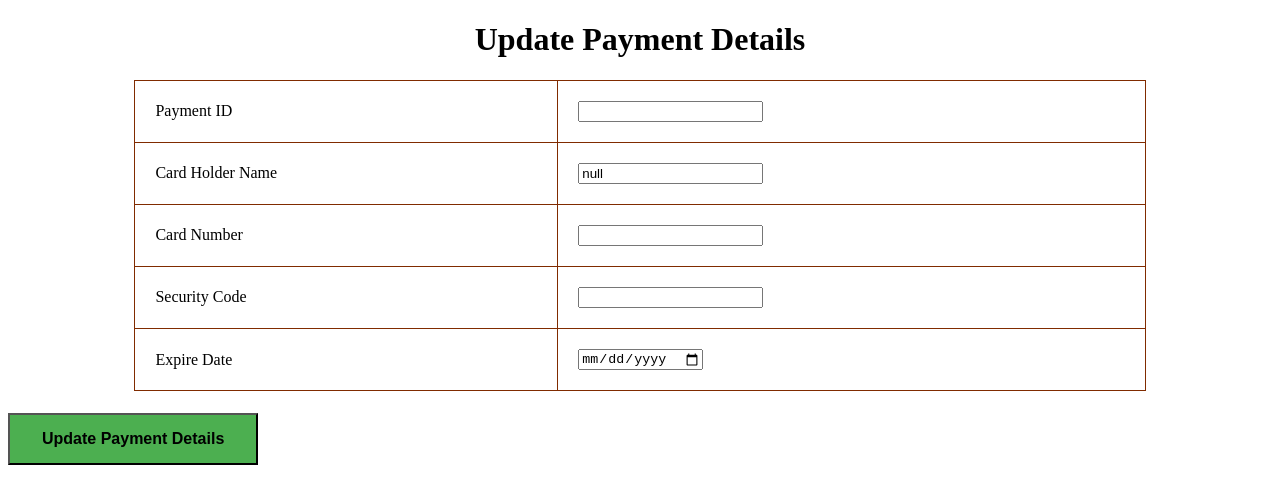
Repository: sandeepa9803/OOP---Online-Travel-web-application
Page: http://localhost/PaymentNew/updatepayment.jsp
An editor plug-in stored every save of this project. The page is shown before and after the next save, followed by the edit.
The browser window is 1280 px wide. The pictures show the whole page.
The page is served by Tomcat 9.

Above is the page before, as saved 2021-10-11 16:59:07.

After the next save:
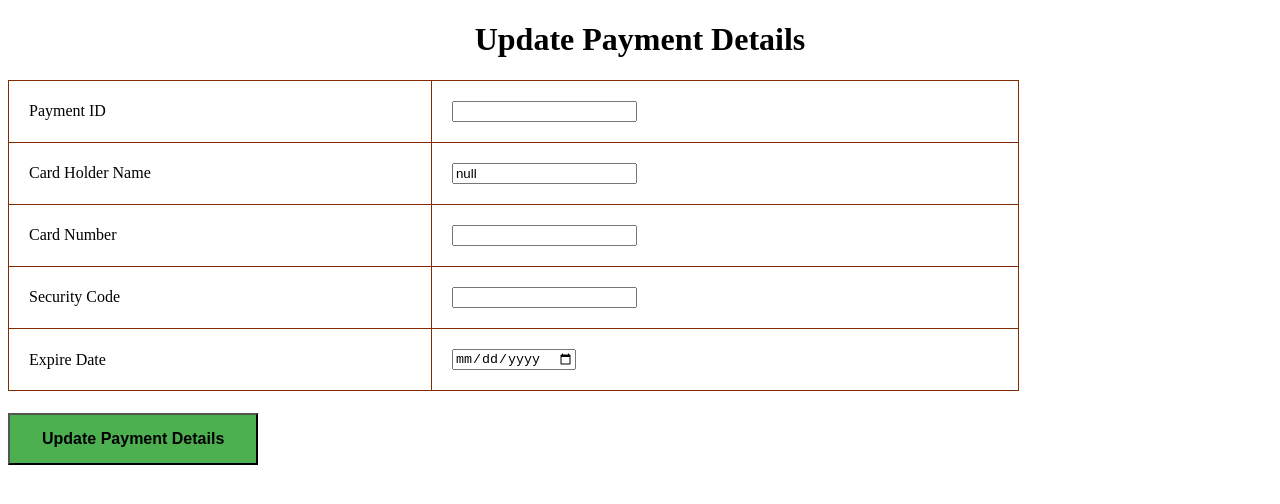
Saved 39 s later.
--- a/PaymentNew/WebContent/updatepayment.jsp
+++ b/PaymentNew/WebContent/updatepayment.jsp
@@ -14,8 +14,7 @@ table, td, th {
 table {
   border-collapse: collapse;
   width: 80%;
-  margin-left:auto;
-  margin-right:auto;
+
 }
 
 th, td {
